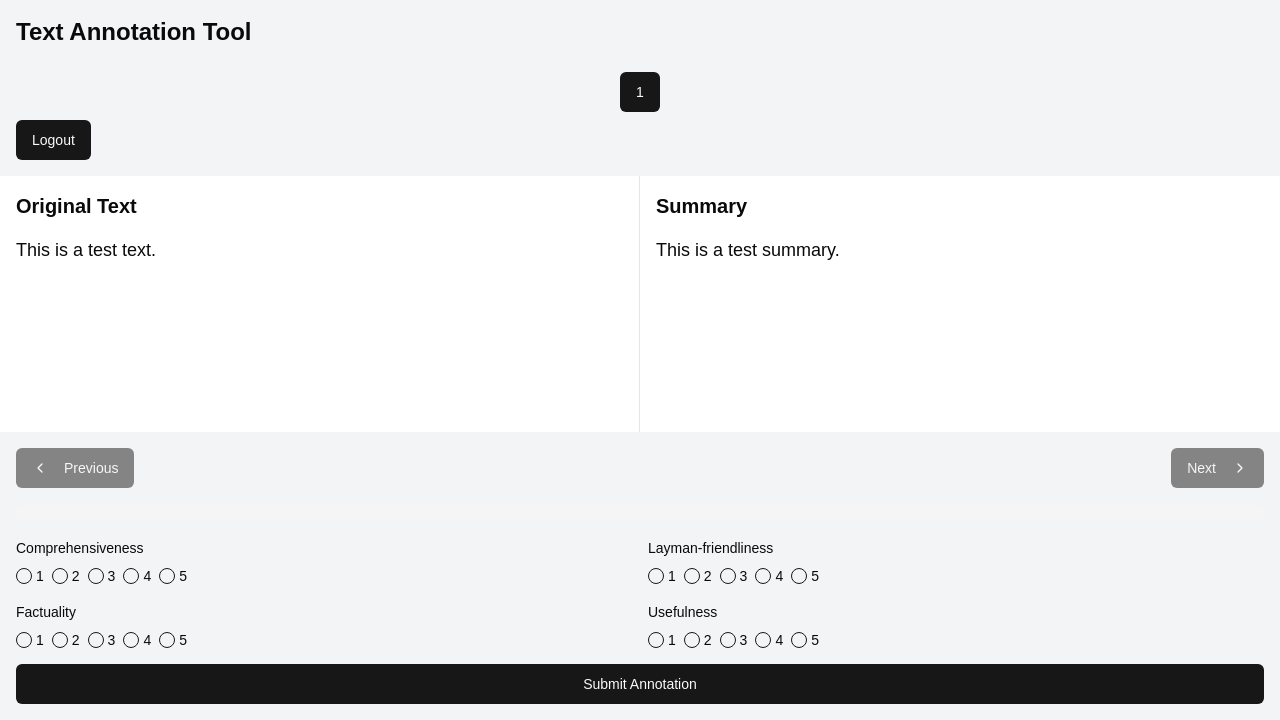
Repository: swapnil-panigrahi/annotator-group
Page: /annotate
These files come from the project's save history. The page is drawn as it stood at one moment and after a run of saves; the edit follows.
The browser window is 1280 px wide. The pictures show the whole page.
The page's requests for data from a server got no answer. The project was rebuilt for these pictures with package versions that can differ from the ones it lists, and the page was loaded fresh each time. The framework's server and built-in components were replaced by stand-ins that run in the browser. No one was signed in, and anything a server would have sent is missing. Also part of the build but not shown: next.config.mjs.

Above is the page before, as saved 2025-02-01 09:58:53.

After the next 2 saves:
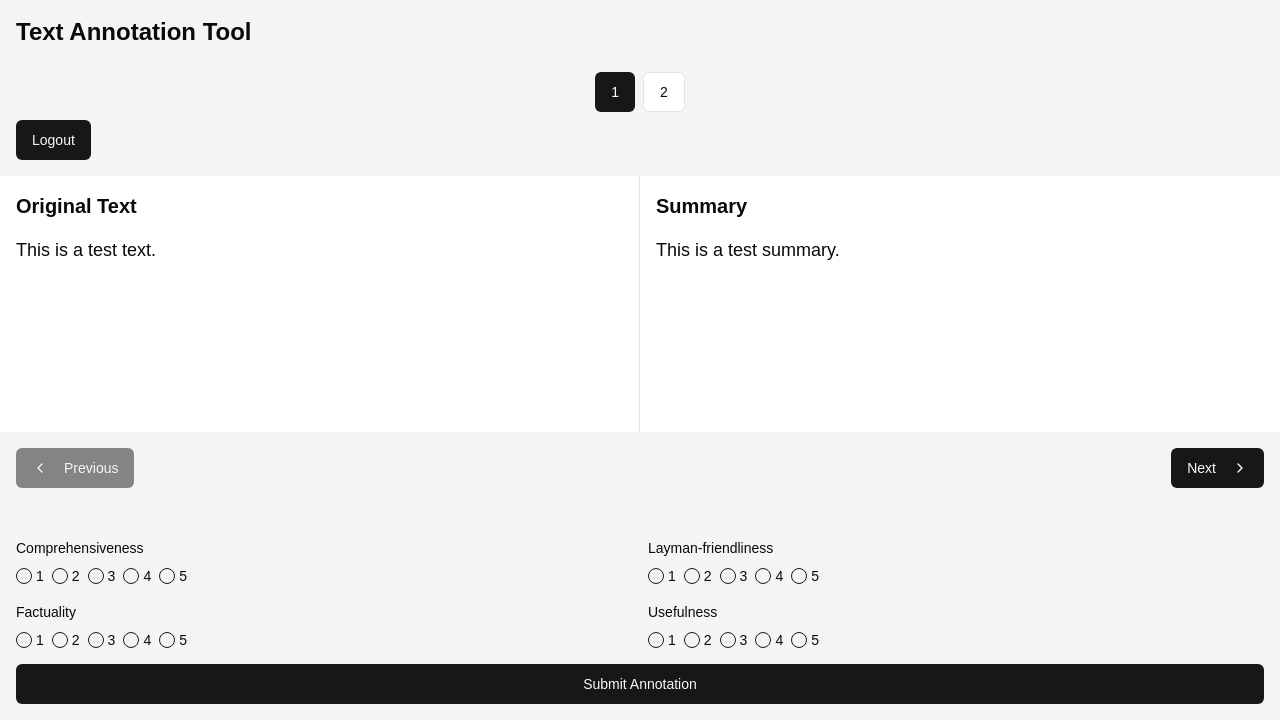
The 2 saves are shown as one change because 1 did not build or start.
The last was saved 17 s later.
--- a/app/annotate/page.tsx
+++ b/app/annotate/page.tsx
@@ -39,6 +39,11 @@ export default function AnnotatePage() {
               id: "1",
               text: "This is a test text.",
               summary: "This is a test summary.",
+            },
+            {
+              id: "2",
+              text: "This is another test text.",
+              summary: "This is another test summary.",
             },
           ],
         }
